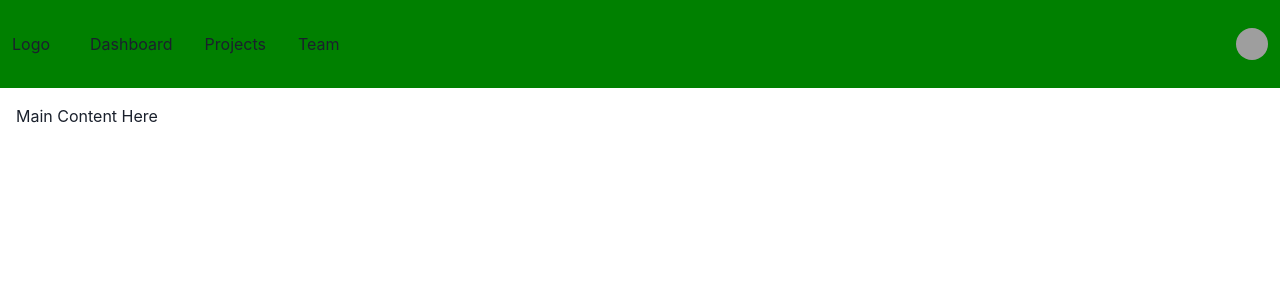
Repository: Vedprakas987/Shopee_cw24
Page: / (app in shopee_online/)
An editor plug-in stored every save of this project. The page is shown before and after a run of saves, followed by the edit.
The browser window is 1280 px wide. The pictures show the whole page.
Pictures or frames that could not be fetched are drawn as grey boxes. The project was rebuilt for these pictures with package versions that can differ from the ones it lists, and the page was loaded fresh each time.

Above is the page before, as saved 2022-12-15 21:16:20.

After the next 3 saves:
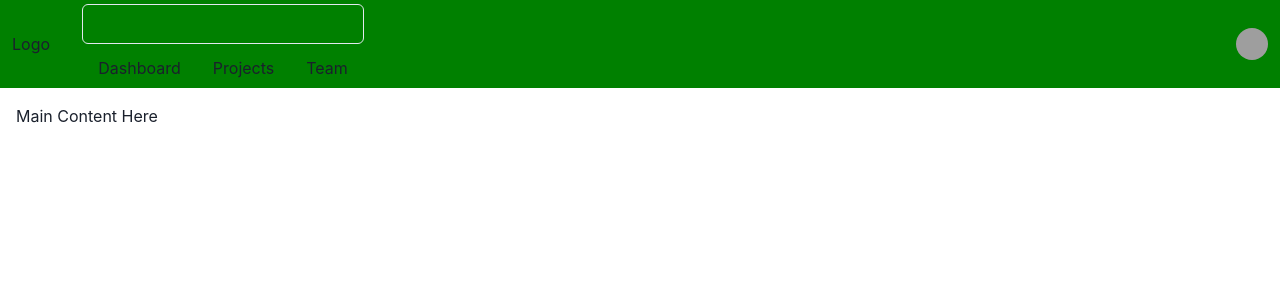
The 3 saves are shown as one change because they came seconds apart.
The last was saved 16 s later.
--- a/shopee_online/src/Routes/Navbar.jsx
+++ b/shopee_online/src/Routes/Navbar.jsx
@@ -52,6 +52,7 @@ export default function Navbar() {
           <HStack spacing={8} alignItems={'center'}>
             <Box>Logo</Box>
             <VStack>
+                <Input/>
             <HStack
               as={'nav'}
               spacing={4}
